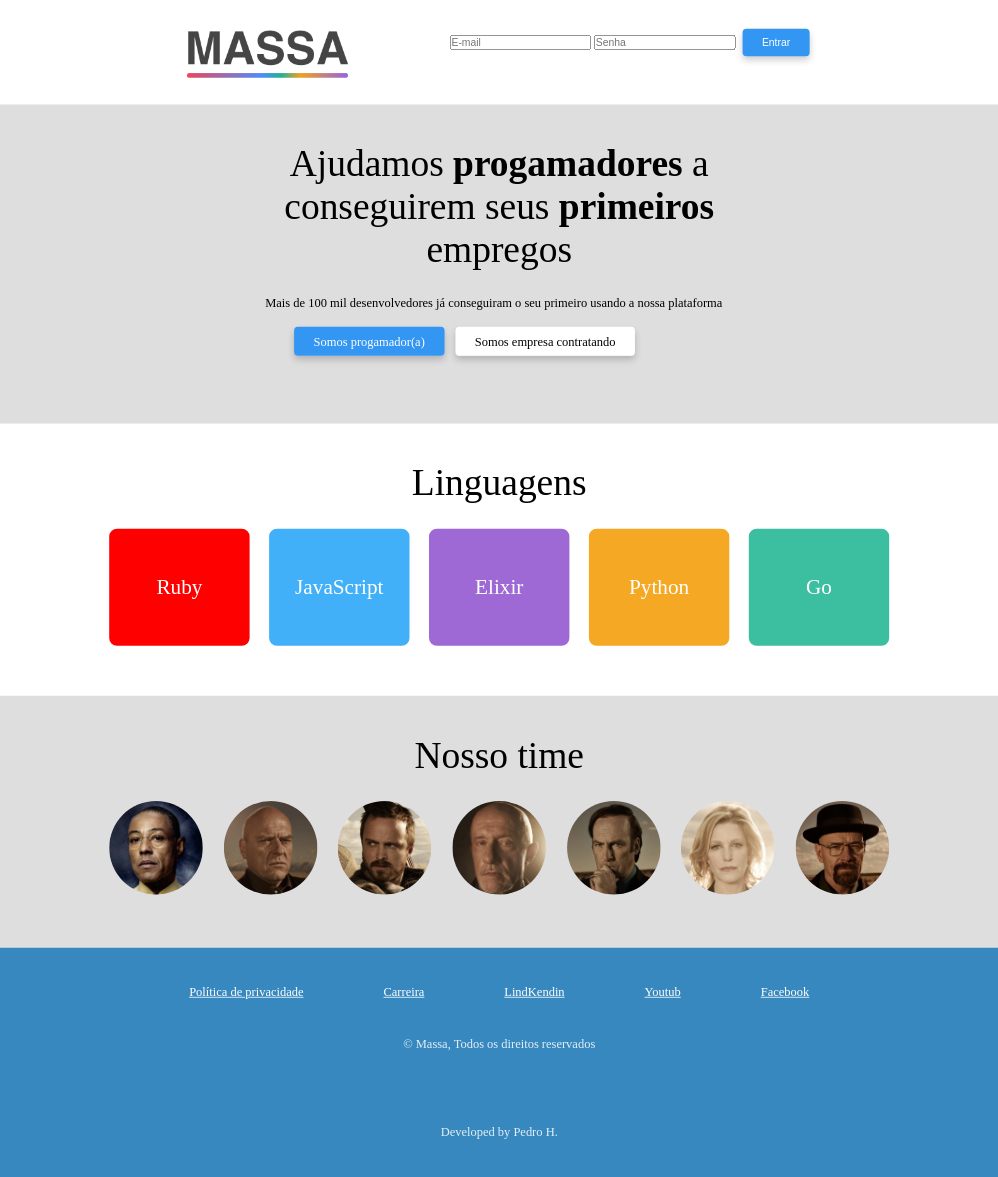
Repository: luizgaivaa/ProjetoSite
Page: index.html
The author's editor kept a copy of each file at every save. The page is drawn from the files as they stood at one save, then again after the next save.
The browser window is 1280 px wide. The pictures show the whole page, at 78% of full size.

Above is the page before, as saved 2024-03-19 14:24:29.

### index.html
<!DOCTYPE html>
<html lang="pt-br">
<head>
    <meta charset="UTF-8">
    <meta name="viewport" content="width=device-width, initial-scale=1.0">
    <title>Massa</title>
    <link rel="icon" href="react-icon.png">
    <link rel="stylesheet" href="style.css">

    <link rel="preconnect" href="https://fonts.googleapis.com">
    <link rel="preconnect" href="https://fonts.gstatic.com" crossorigin>
    <link href="https://fonts.googleapis.com/css2?family=Roboto:ital,wght@0,100;0,300;0,400;0,500;0,700;0,900;1,100;1,300;1,400;1,500;1,700;1,900&display=swap" rel="stylesheet">

</head>
<body>
        <header>

            <div class="container">

                <div class="logo">

                    <img src="imagens/logo.png" alt-="">

                </div>
                <div class="sing-in">
                <form action="#">

                    <input type="email" name="email" id="email" placeholder="E-mail">
                    <input type="password" name="password" id="password" placeholder="Senha">
                    <button type="submit" class="button primary">Entrar</button>

                </form>
                </div>
            </div>

        </header>

    <main>

        <section class="intro gray">

            <div class="container">

                <div class="hero">
                    <h1 class="title">Ajudamos <strong>progamadores</strong> a conseguirem seus <strong>primeiros</strong> empregos</h1>
                    <p>Mais de 100 mil desenvolvedores já conseguiram o seu primeiro usando a nossa plataforma</p>

                    <div class="cta">
                        <a href="https://www.youtube.com/watch?v=u7E6Mn4hLAI" class="button primary">Somos progamador(a)</a>
                        <a href="https://www.youtube.com/watch?v=dQw4w9WgXcQ" class="button second">Somos empresa contratando</a>
                    </div>
                </div>

            </div>

        </section>

        <section class="languages">

            <div class="container">

                <h1 class="title">Linguagens</h1>

                <div class="Card">

                    <div class="card red">Ruby</div>
                    <div class="card blue">JavaScript</div>
                    <div class="card purple">Elixir</div>
                    <div class="card yellow">Python</div>
                    <div class="card green">Go</div>

                </div>

            </div>
        </section>

        <section class="team gray">

            <div class="container">

                <h1 class="title">Nosso time</h1>

                <div class="members">

                    <div class="Gus"><img src="team/gus.jpg" alt=""></div>
                    <div class="Hank"><img src="team/hank.jpg" alt=""></div>
                    <div class="Jesse"><img src="team/jesse.jpg" alt=""></div>
                    <div class="Mike"><img src="team/mike.jpg" alt=""></div>
                    <div class="Saul"><img src="team/saul.jpg" alt=""></div>
                    <div class="Skyler"><img src="team/skyler.jpg" alt=""></div>
                    <div class="walter"><img src="team/walter.jpg" alt=""></div>

                </div>

            </div>

        </section>

    </main>
        <footer>
            <div class="container">
                <ul>

                    <li><a href="https://www.leagueoflegends.com/pt-br/">Política de privacidade</a></li>
                    <li><a href="https://www.google.com/imgres?imgurl=https%3A%2F%2Fimages.contentstack.io%2Fv3%2Fassets%2Fblt731acb42bb3d1659%2Fblte466f329caecef3b%2F60887196f07013101daf0872%2FdevRammus_header.jpg&tbnid=cw0laePT7olaPM&vet=12ahUKEwje2tjspO-EAxUsuZUCHVRWCNwQMygBegQIARBN..i&imgrefurl=https%3A%2F%2Fwww.leagueoflegends.com%2Fpt-br%2Fnews%2Fdev%2Fdev-rammus-de-rift-a-rift%2F&docid=4QQPyuHJoJCulM&w=1920&h=1080&q=rammus%20lol&ved=2ahUKEwje2tjspO-EAxUsuZUCHVRWCNwQMygBegQIARBN">Carreira</a></li>
                    <li><a href="#">LindKendin</a></li>
                    <li><a href="#">Youtub</a></li>
                    <li><a href="#">Facebook</a></li>

                </ul>

                    <p class="copyright">© Massa, Todos os direitos reservados</p>
                    <p class="copyright">Developed by Pedro H.</p>

            </div>

        </footer>
</body>
</html>

### style.css
/*reset CSS*/

*{
    margin: 0;
    padding: 0;
    box-sizing: 0;
}

body{
    background-color: rgb(255, 255, 255);
}

.roboto-thin {
    font-family: "Roboto", sans-serif;
    font-weight: 100;
    font-style: normal;
  }

  .roboto-light {
    font-family: "Roboto", sans-serif;
    font-weight: 300;
    font-style: normal;
  }

  .roboto-regular {
    font-family: "Roboto", sans-serif;
    font-weight: 400;
    font-style: normal;
  }

  .roboto-medium {
    font-family: "Roboto", sans-serif;
    font-weight: 500;
    font-style: normal;
  }

  .roboto-bold {
    font-family: "Roboto", sans-serif;
    font-weight: 700;
    font-style: normal;
  }

  .roboto-black {
    font-family: "Roboto", sans-serif;
    font-weight: 900;
    font-style: normal;
  }

  .roboto-thin-italic {
    font-family: "Roboto", sans-serif;
    font-weight: 100;
    font-style: italic;
  }

  .roboto-light-italic {
    font-family: "Roboto", sans-serif;
    font-weight: 300;
    font-style: italic;
  }

  .roboto-regular-italic {
    font-family: "Roboto", sans-serif;
    font-weight: 400;
    font-style: italic;
  }

  .roboto-medium-italic {
    font-family: "Roboto", sans-serif;
    font-weight: 500;
    font-style: italic;
  }

  .roboto-bold-italic {
    font-family: "Roboto", sans-serif;
    font-weight: 700;
    font-style: italic;
  }

  .roboto-black-italic {
    font-family: "Roboto", sans-serif;
    font-weight: 900;
    font-style: italic;
  }

   .container {
    width: 1000px;
    margin: auto;
    padding: 0 1rem;

   }
   .hero{
    width: 60%;
    margin: auto;
   }

   .gray {
    background-color:rgb(223, 222, 222)
   }

   .intro_gray {
    background-color:rgb(223, 222, 222)
   }

   .intro p{
    margin: 1rem 0;
    font-size: 1.5 rem;
    font-weight: 100;
   }

   h1 {
    font-size: 3rem;
    font-weight: normal;
   }

   h1.title {
    margin-bottom: 2rem;
    text-align: center;
    /* font-weight: bold; */
   }

   section {
    padding: 3rem 0 4rem 0;
   }

   .intro .cta {
    margin: 2rem;
   }

   .button {
    /*background-color: #3396f3;
    color: white;*/
    padding: 10px 25px;
    text-decoration: none;
    border-radius: 5px;
    margin: 5px;
    box-shadow: 0 5px 10px 0 rgba(0, 0, 0, 0.2);
   }

   .button:hover {
    box-shadow: 0 5px 10px 0 rgba(0, 0, 0, 0.5);
   }


   .primary {
    background-color: #3396f3;
    color: white;
   }

   .second {
    background-color: white;
    color: black;
   }

   .Card {
    display: flex;
    justify-content: space-between;
   }

   .card {
      display: flex;
      flex-direction: column;
      justify-content: center;
      text-align: center;

      width: 18%;
      height: 150px;
      border-radius: 10px;
      color: white;
      font-size: 1.7rem;
    }

   .card.red {
      background-color: red;
   }

   .card.blue {
    background-color: #42b0f8;
   }

   .card.purple {
    background-color: #9e69d5;
   }

   .card.yellow {
    background-color: #f4a823;
   }

   .card.green {
    background-color: #3cbfa1;
   }

   .members {
    display: flex;
    justify-content: space-between;
   }

   .members img {
    width: 120px;
    height: 120px;
    border-radius: 50%;
   }

   footer {
    background-color: #3788bf ;
   }

   footer ul{
    display: flex;
    justify-content: space-evenly;
    padding-top: 3rem;
    list-style-type: none;
   }

   footer a{
    color: white;
   }
   footer p.copyright{
    padding: 3rem 0;
    color: #ffffffdd;
    text-align: center;
   }

   header div{
    display: flex;
    justify-content: space-evenly;
    padding: 2rem;
   }
   .logo img {
    width: 211px;
   }
   .sing-in button{
    border: none;
   }

   input
    [type ="text"]
    [type ="email"]
    [type ="senha"]{
    width: 180px;
    padding: 0.5rem;
    border-radius: 5px ;
    border: 1px solid #ccc;
    }

After the next save:
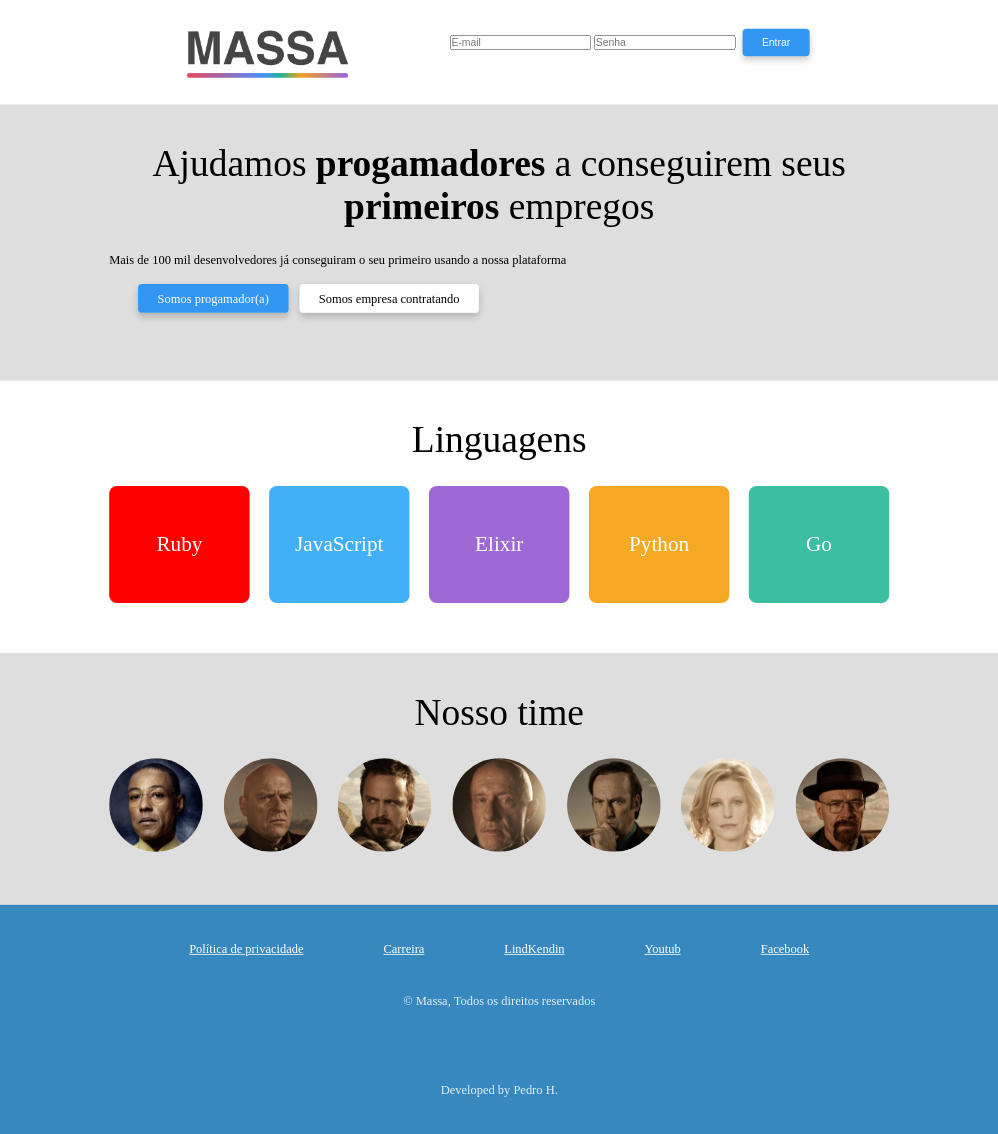
Saved 28 s later.
--- a/index.html
+++ b/index.html
@@ -38,10 +38,10 @@
     <main>
 
         <section class="intro gray">
-
+            <div class="hero"></div>
             <div class="container">
 
-                <div class="hero">
+
                     <h1 class="title">Ajudamos <strong>progamadores</strong> a conseguirem seus <strong>primeiros</strong> empregos</h1>
                     <p>Mais de 100 mil desenvolvedores já conseguiram o seu primeiro usando a nossa plataforma</p>
 

After the 3 saves that followed:
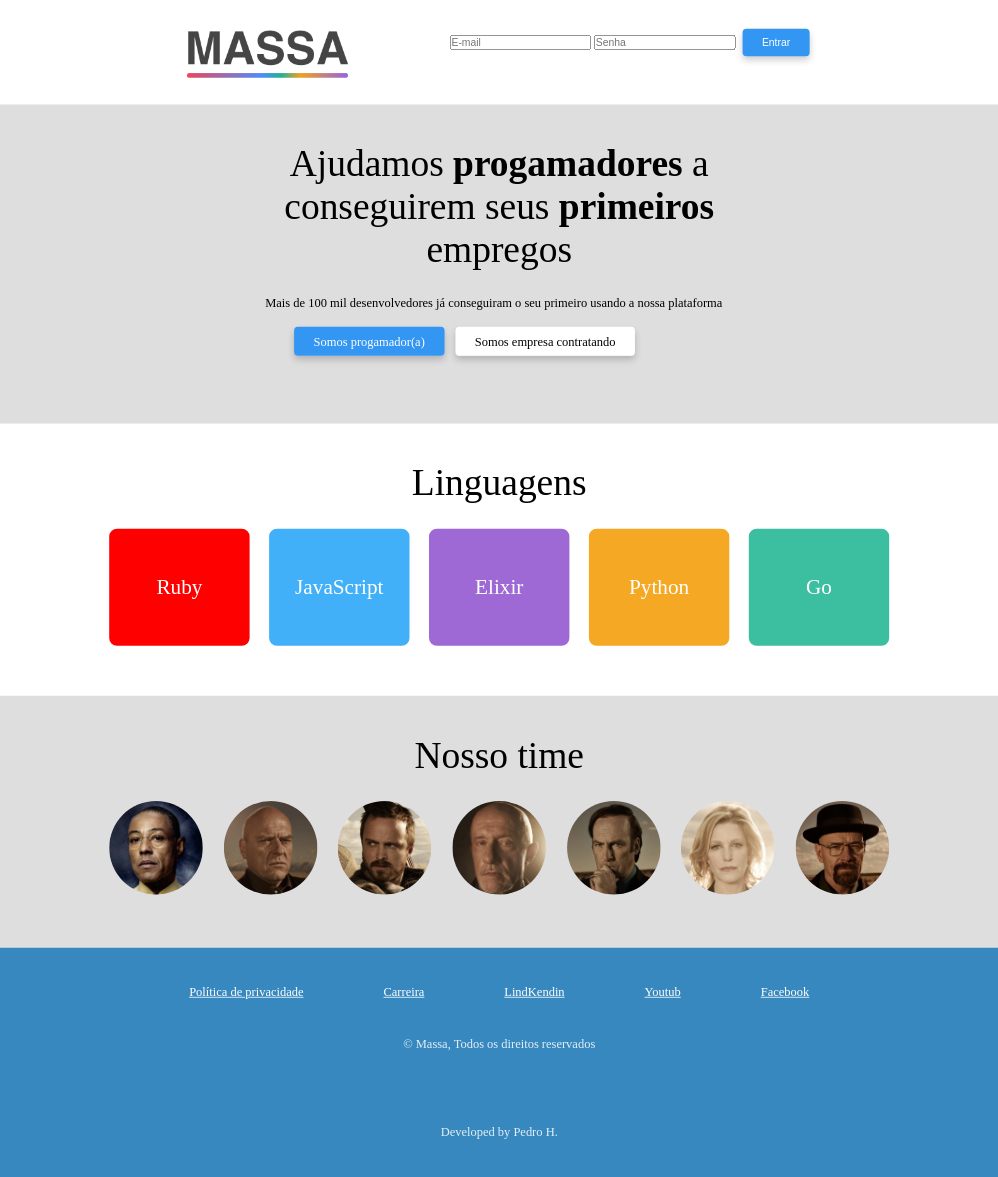
The 3 saves are shown as one change because 1 left the picture as it was and some came seconds apart.
The last was saved 14 s later.
--- a/index.html
+++ b/index.html
@@ -38,10 +38,10 @@
     <main>
 
         <section class="intro gray">
-            <div class="hero"></div>
+
             <div class="container">
 
-
+                <div class="hero">
                     <h1 class="title">Ajudamos <strong>progamadores</strong> a conseguirem seus <strong>primeiros</strong> empregos</h1>
                     <p>Mais de 100 mil desenvolvedores já conseguiram o seu primeiro usando a nossa plataforma</p>
 
